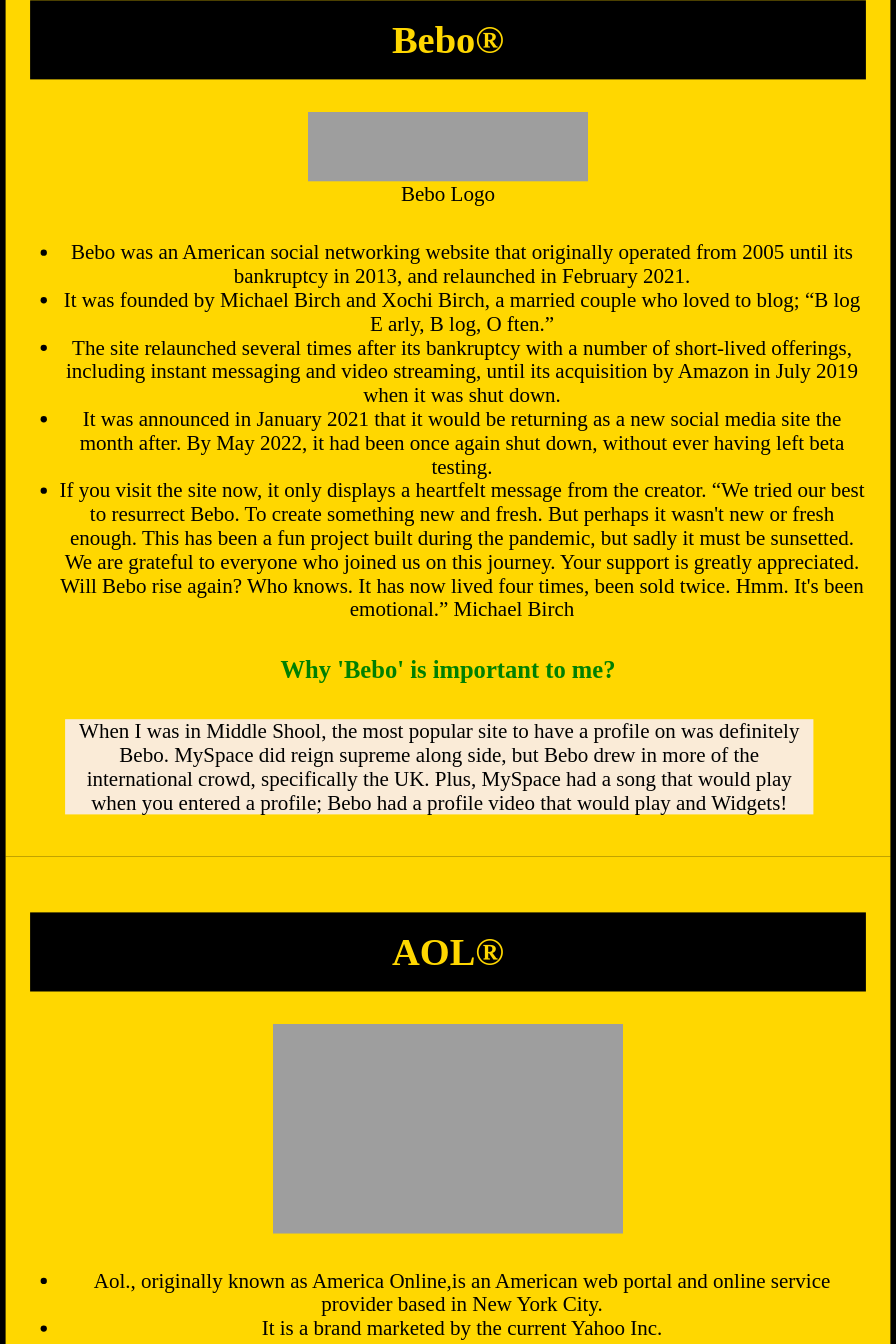
Repository: AndrewGrantt/LC101
Page: LC101/js-assignment-4-html-me-something-buffylow/index.html
An editor plug-in stored every save of this project. The page is shown before and after the next save, followed by the edit.
The browser window is 1280 px wide. The pictures show the part of the page from y = 1148 to 3068 px (the page is 3564 px tall), at 70% of full size.
Pictures or frames that could not be fetched are drawn as grey boxes.

Above is the page before, as saved 2022-07-15 08:21:59.

After the next save:
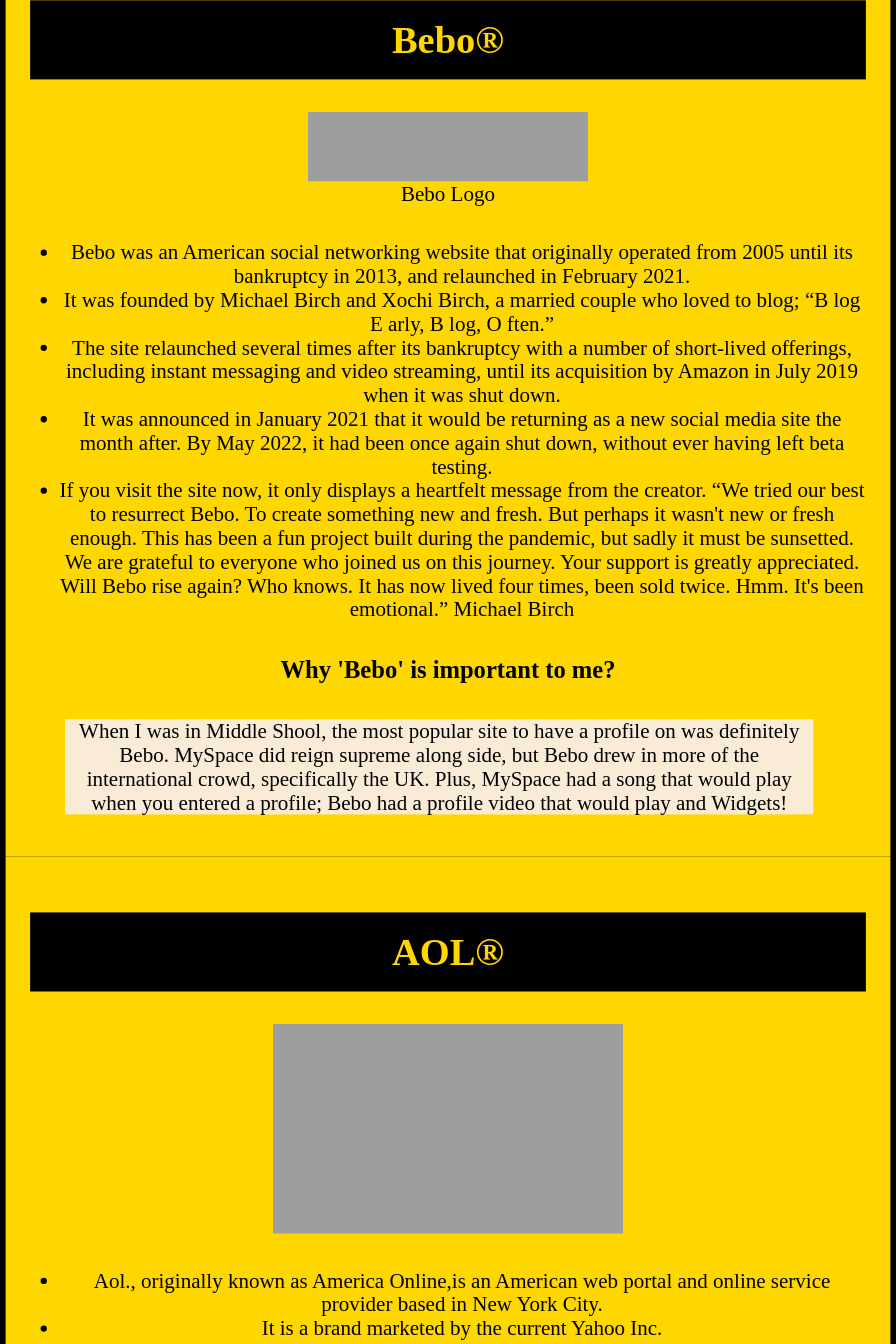
Saved 12 min 18 s later.
--- a/LC101/js-assignment-4-html-me-something-buffylow/index.html
+++ b/LC101/js-assignment-4-html-me-something-buffylow/index.html
@@ -52,8 +52,8 @@
       Michael Birch</li>
    </ul>
    </p>
-      <h3 class="funParagraph"> Why 'Bebo' is important to me?</h3>
-      <p>
+      <h3> Why 'Bebo' is important to me?</h3>
+      <p class=" "funParagraph>
          When I was in Middle Shool, the most popular site to have a profile on was definitely Bebo. MySpace did reign supreme along side, but Bebo drew in more of the international crowd, specifically the UK.  Plus, MySpace had a song that would play when you entered a profile; Bebo had a profile video that would play and Widgets!
       </p>
   </article>
